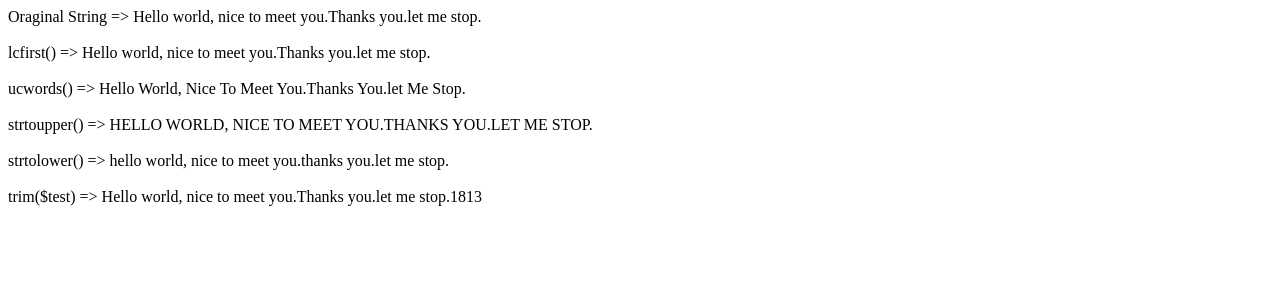
Repository: zinminkhantoo/assignment01
Page: http://localhost/String/printf_fprintf.php
The author's editor kept a copy of each file at every save. The page is drawn from the files as they stood at one save, then again after the next save.
The browser window is 1280 px wide. The pictures show the whole page.
The page is run by PHP 8.4 with error messages shown; the project is at /var/www/html/.

Above is the page before, as saved 2020-04-12 09:59:45.

### Test/String/printf_fprintf.php
<?php
    $test = " Hello world, nice to meet you.Thanks you.let me stop. ";
    echo "Oraginal String => $test</br></br>";
    echo "lcfirst() => ".lcfirst($test)."</br></br>";
    echo "ucwords() => " .ucwords($test)."</br></br>";
    echo "strtoupper() => ".strtoupper($test)."</br></br>";
    echo "strtolower() => ".strtolower($test)."</br></br>";
    echo 'trim($test) => '.trim($test," ");

    $a = "     09976 181 924";
    echo strlen($a);
    echo strlen(trim($a));
?>

After the next save:
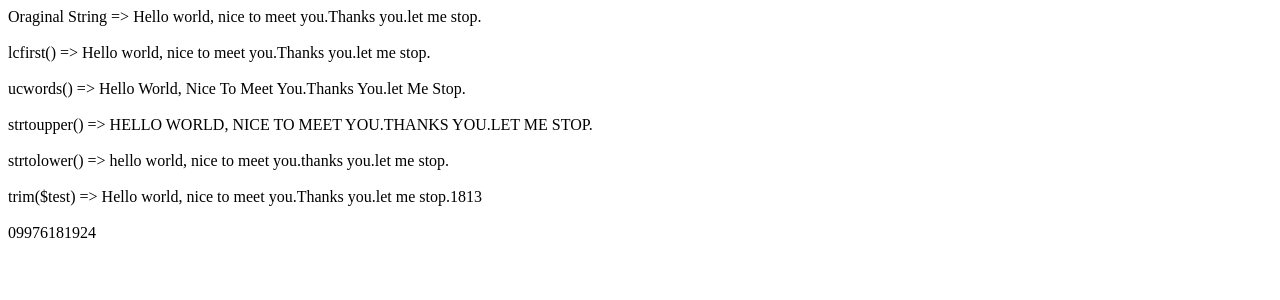
Saved 11 min 28 s later.
--- a/Test/String/printf_fprintf.php
+++ b/Test/String/printf_fprintf.php
@@ -10,4 +10,5 @@
     $a = "     09976 181 924";
     echo strlen($a);
     echo strlen(trim($a));
+    echo "</br></br>".str_replace(" ", "", $a);
 ?>
